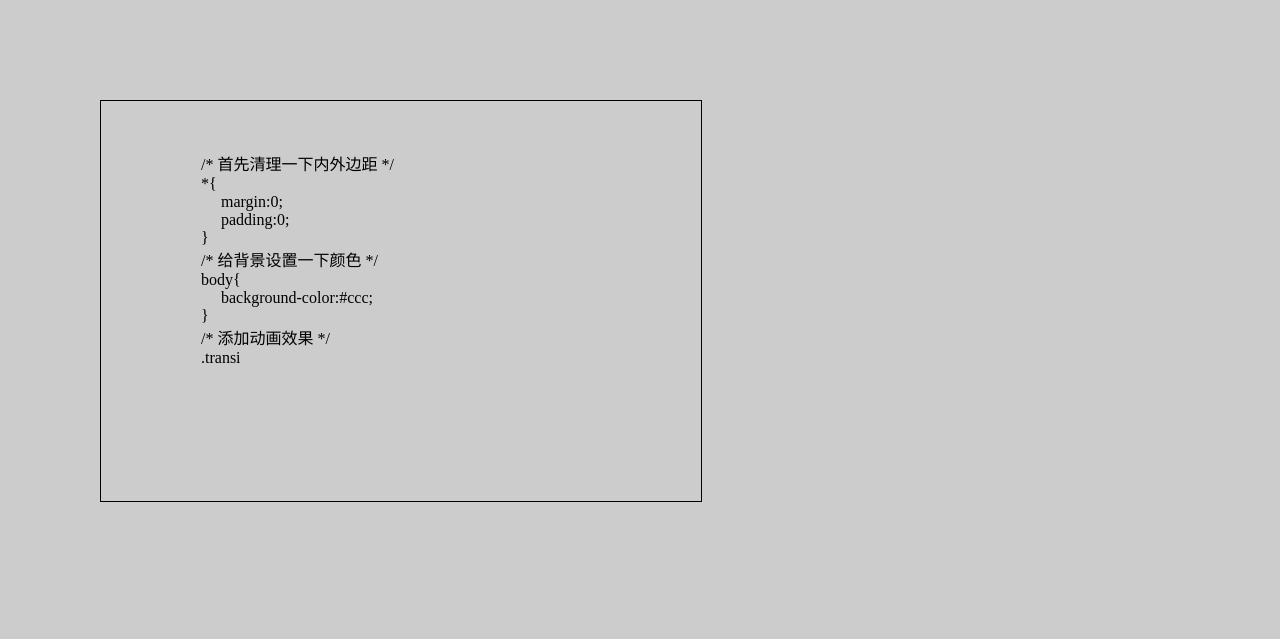
Repository: ScarApocalypse/study
Page: 一些想法/test.html
The author's editor kept a copy of each file at every save. The page is drawn from the files as they stood at one save, then again after the next save.
The browser window is 1280 px wide. The pictures show the whole page.

Above is the page before, as saved 2019-08-02 01:26:16.

After the next save:
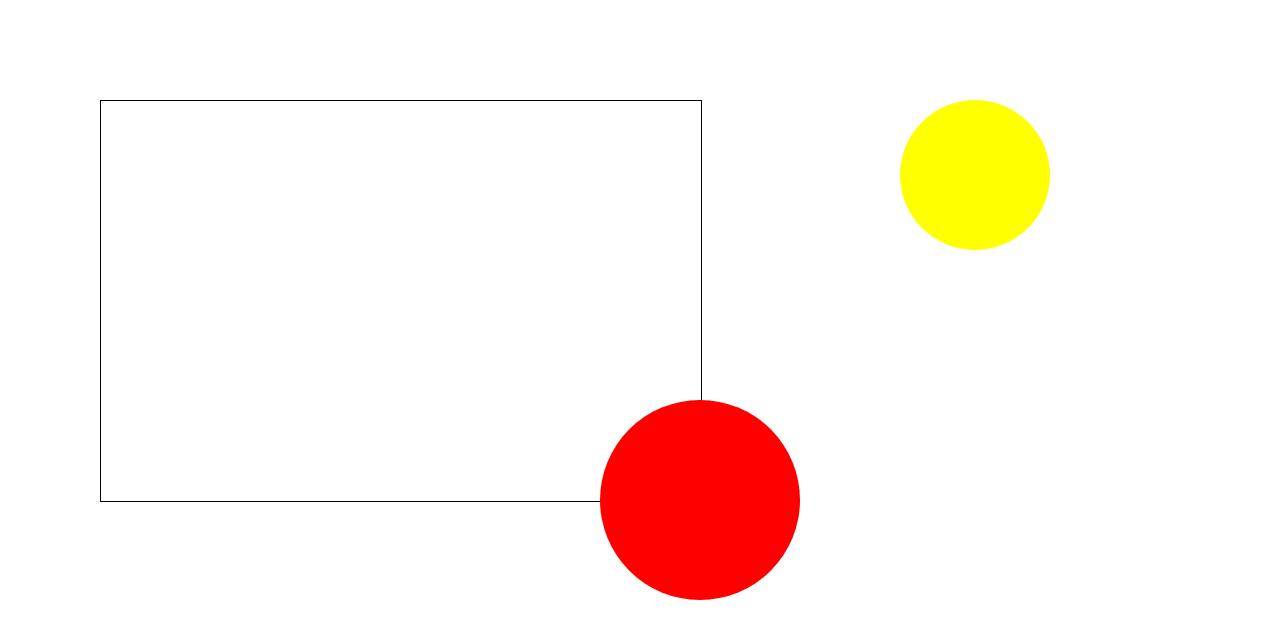
Saved 3 min 2 s later.
--- a/一些想法/test.html
+++ b/一些想法/test.html
@@ -69,40 +69,40 @@
     <script>
 
 
-        var show = document.getElementById('show');
-        var style = document.getElementsByTagName('style')[1];
-        console.log(style);
-        var reg = /[{};]/;
-        var str = '/* 首先清理一下内外边距 */*{margin:0;padding:0;}/* 给背景设置一下颜色 */body{background-color:#ccc;}/* 添加动画效果 */.transition{transition:all 0.5s;}/* 首先画一个红色的球 */.box1{width:100px;height:100px;background-color:red;border-radius:50%;position:absolute;top:400px;left:400px;}/* 然后画一个黄色的球 */.box2{width: 100px;height: 100px;background-color:yellow;top:300px;left:300px;border-radius:50%;}/* 淦,感觉自己好low啊 */.box1{left:600px; width:200px;height:200px;}.box2{left:900px;top:100px;width:150px;height:150px;}#show{position:relative;bottom:0;}';
-        var styleStr = '';
-        var showStr = '';
-        // var chat="1";
-        var length = str.length;
-        var strIndex = 0;
-        var timeOut = setInterval(() => {
-            if (strIndex == length - 1) {
-                console.log(showStr);
-                clearInterval(timeOut);
+        // var show = document.getElementById('show');
+        // var style = document.getElementsByTagName('style')[1];
+        // console.log(style);
+        // var reg = /[{};]/;
+        // var str = '/* 首先清理一下内外边距 */*{margin:0;padding:0;}/* 给背景设置一下颜色 */body{background-color:#ccc;}/* 添加动画效果 */.transition{transition:all 0.5s;}/* 首先画一个红色的球 */.box1{width:100px;height:100px;background-color:red;border-radius:50%;position:absolute;top:400px;left:400px;}/* 然后画一个黄色的球 */.box2{width: 100px;height: 100px;background-color:yellow;top:300px;left:300px;border-radius:50%;}/* 淦,感觉自己好low啊 */.box1{left:600px; width:200px;height:200px;}.box2{left:900px;top:100px;width:150px;height:150px;}#show{position:relative;bottom:0;}';
+        // var styleStr = '';
+        // var showStr = '';
+        // // var chat="1";
+        // var length = str.length;
+        // var strIndex = 0;
+        // var timeOut = setInterval(() => {
+        //     if (strIndex == length - 1) {
+        //         console.log(showStr);
+        //         clearInterval(timeOut);
 
-            }
-            styleStr += [str[strIndex]];
-            showStr += [str[strIndex]];
-            if (reg.test(str[strIndex])) {
-                showStr += '<br>';
-                if ((str[strIndex + 1] != '}') &&(str[strIndex + 1] != '.')&&(str[strIndex + 1]!='/')) {
-                    showStr += '&nbsp;&nbsp;&nbsp;&nbsp;&nbsp;'
-                }
-            }
-            if(str[strIndex]=='/'&&str[strIndex-1]=='*'){
-                showStr+='<br>';
-            }
-            // console.log(showStr);
-            show.innerHTML = showStr;
-            style.innerHTML=styleStr;
+        //     }
+        //     styleStr += [str[strIndex]];
+        //     showStr += [str[strIndex]];
+        //     if (reg.test(str[strIndex])) {
+        //         showStr += '<br>';
+        //         if ((str[strIndex + 1] != '}') &&(str[strIndex + 1] != '.')&&(str[strIndex + 1]!='/')) {
+        //             showStr += '&nbsp;&nbsp;&nbsp;&nbsp;&nbsp;'
+        //         }
+        //     }
+        //     if(str[strIndex]=='/'&&str[strIndex-1]=='*'){
+        //         showStr+='<br>';
+        //     }
+        //     // console.log(showStr);
+        //     show.innerHTML = showStr;
+        //     style.innerHTML=styleStr;
 
 
-            strIndex++;
-        }, 50);
+        //     strIndex++;
+        // }, 50);
     </script>
 </body>
 
